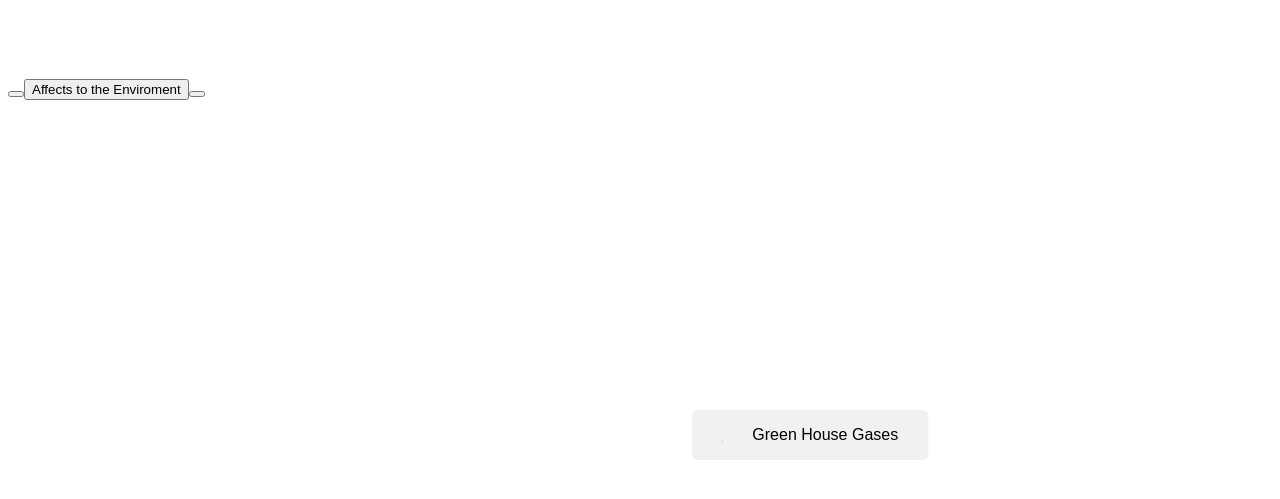
Repository: Alejandra-Pelayo/Alejandra-Pelayo.github.io
Page: 2.1.4/Example.html
The author's editor kept a record of every edit. The page is drawn from the files as they stood at one moment, then again after the next edit.
The browser window is 1280 px wide. The pictures show the whole page.

Above is the page before.

### 2.1.4/Example.html
<body>

<p><font size="20" color="white">Global Warming</font></p>


<link href="example.css" rel="stylesheet" type="text/css">

<button1>
    <a href="Enviromental.html">
      <button class="btn"> Global Warming<Button</button>
<button2>
    <a href = "Green_House.html">
      <button class ="btn2"> Green House Gases <Button/button>
<button3>
    <a href = "animals.html">
      <button class ="btn3"> Affects to the Enviroment <Button/button>



<div class="container">

### 2.1.4/example.css
img{
    position: fixed;
  top: 5;
  left: 5;

  /* Preserve aspet ratio */
  min-width: 100%;
  min-height: 100%;
}
/* Button Code*/
.btn{
  position: absolute;
  top: 50%;
  left: 50%;
  transform: translate(30%, 100%);
  -ms-transform: translate(-80%, -80%);
  background-color: #f1f1f1;
  color: black;
  font-size: 16px;
  padding: 16px 30px;
  border: none;
  cursor: pointer;
  border-radius: 5px;
  text-align: center;
}
.btn2{
    position: absolute;
  top: 50%;
  left: 50%;
  transform: translate(40%, 100%);
  -ms-transform: translate(-80%, -80%);
  background-color: #f1f1f1;
  color: black;
  font-size: 16px;
  padding: 16px 30px;
  border: none;
  cursor: pointer;
  border-radius: 5px;
  text-align: center;
}

After the next edit:
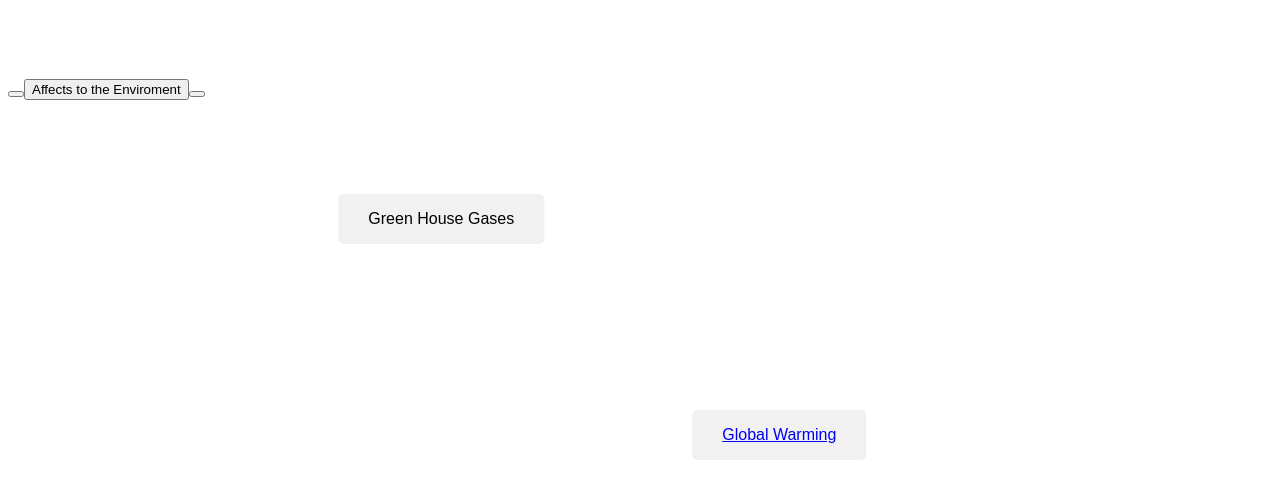
The edit:
--- a/2.1.4/example.css
+++ b/2.1.4/example.css
@@ -25,8 +25,8 @@
 }
 .btn2{
     position: absolute;
-  top: 50%;
-  left: 50%;
+  top: 20%;
+  left: 20%;
   transform: translate(40%, 100%);
   -ms-transform: translate(-80%, -80%);
   background-color: #f1f1f1;
